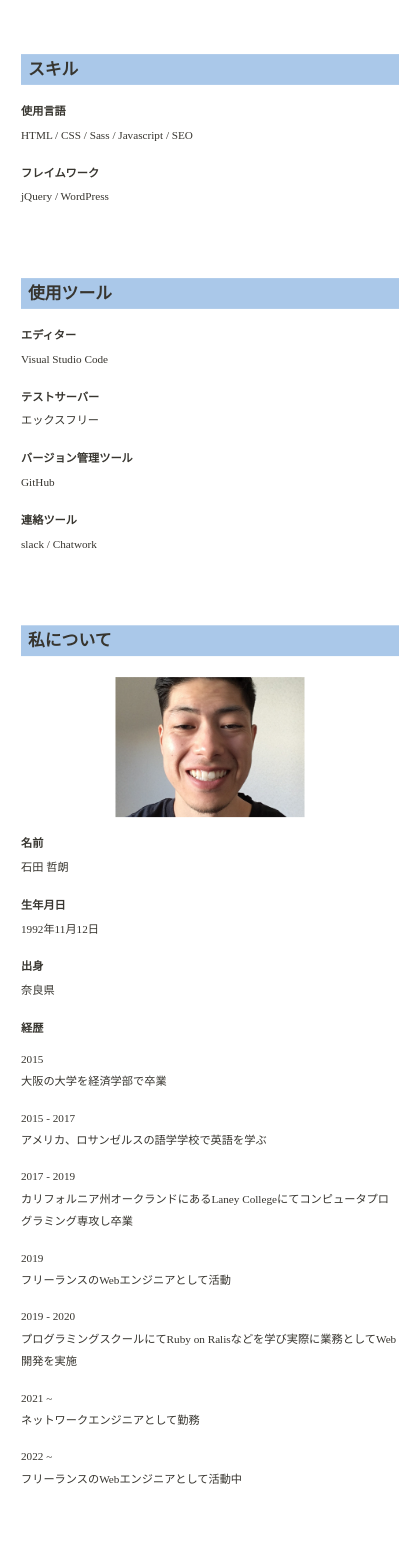
Repository: tetishi/my-portfolio
Page: index.html
These files come from the project's save history. The page is drawn as it stood at one moment and after the next save; the edit follows.
The browser window is 600 px wide. The pictures show the part of the page from y = 3725 to 5965 px (the page is 5965 px tall), at 70% of full size.
The style sheet was rebuilt from its Sass, Less or Tailwind sources for each picture, by a compiler version that may differ from the author's.

Above is the page before, as saved 2023-07-08 23:56:13.

After the next save:
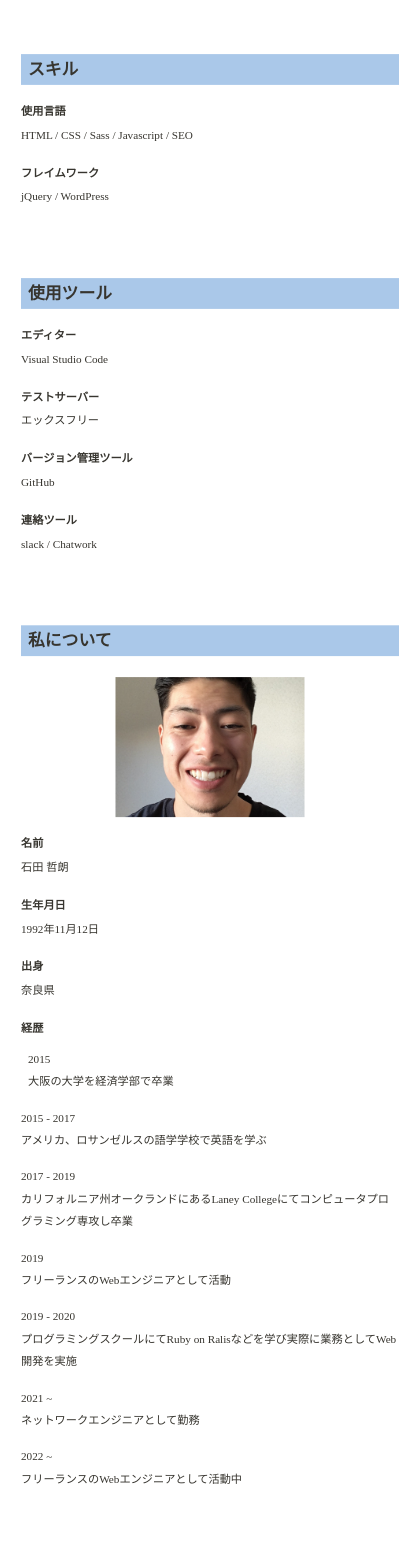
Saved 11 s later.
--- a/style.scss
+++ b/style.scss
@@ -145,7 +145,7 @@
         display: block;
         padding: 10px 0;
         &:first-of-type {
-            padding-bottom: 10px;
+            padding: 10px;
         }
         // list-style-type: disc;
         .carrier-year {
